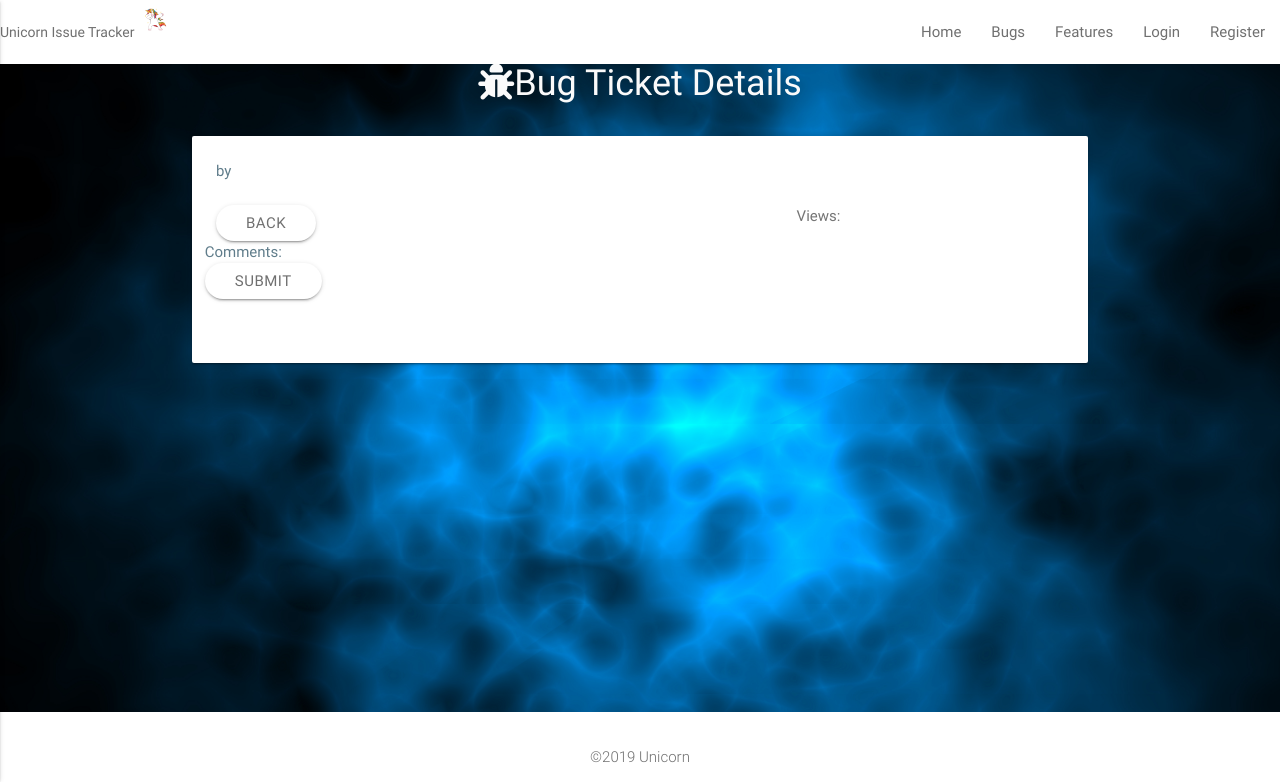
Repository: sarahg177/unicorn_attractor_not_used
Page: bugs/templates/view_bug_detail.html
The author's editor kept a record of every edit. The page is drawn from the files as they stood at one moment, then again after the next edit.
The browser window is 1280 px wide. The pictures show the whole page.
Some web libraries are served in a nearby version. The page is served by the project's application, run on Django 2.2 (manage.py). Other server files are loaded and not shown. The template is opened directly, without the code that normally fills it, so the values that code supplies are empty.

Above is the page before.

### bugs/templates/view_bug_detail.html
{% extends 'base.html' %} {% block page_title %}Bug Details{% endblock %} {% block page_heading %}<i class="fas fa-bug"></i>Bug Ticket Details{% endblock %} {% block content %}
<div class="container">
<div class="row">
    <div class="col s12">
        <div class="card white">
            <div class="card-content blue-grey-text">

                <div class="date">
                    {{ bug.created_date }} by
                    <i>{{ bug.username }}</i> {% ifequal bug.ticket_status "Todo" %}
                    <span class="badge red">Todo</span> {% endifequal %} {% ifequal bug.ticket_status "Doing" %}
                    <span class="badge yellow">Doing</span> {% endifequal %} {% ifequal bug.ticket_status "Done" %}
                    <span class="badge green">Done</span> {% endifequal %}
                </div>
                <h3>{{ bug.title }}</h3>
                <div class="row">
                    <div class="col s9">
                        <p>{{ bug.description }}</p>
                        <p><span class="badge">Views: {{ bug.views }}</span> </p>
                        <!--<p><span class="badge">Votes:</span> {{ bug.upvotes }}</p>-->
                        <a href="{% url 'bugs' %}" class="btn btn-default">Back</a>

                    </div>
                    <div class="row">
                        <div class="col s12 m9">
                            <div=class="comments">
                                <p>Comments:</p>
                                {% for comment in comments %}
                                <h3><strong>{{ comment.user }}</strong><span>commented on (( comment.date_created }}</span></h3>
                                <p>{{ comment.comment }}</p>
                        </div>
                    </div>
                </div>
                <div class="card-action">
                    {% if user.is_authenticated %}
                    <a href="#">Vote</a> {% endif %}
                </div>
            </div>
        </div>
    </div>
    {% endfor %}
    <form method="POST">
        {% csrf_token %} {{ form.as_p }}
        <button type="submit" class="btn btn-default">Submit</button>
    </form>
    </div>
    {% endblock %}

### templates/base.html
{% load static from staticfiles %}
<!DOCTYPE html>
<html lang="en">

<head>
  <meta charset="UTF-8">
  <meta name="viewport" content="width=device-width, initial-scale=1.0">
  <meta http-equiv="X-UA-Compatible" content="ie=edge">

  <!--Import Google Icon Font-->
  <link href="https://fonts.googleapis.com/icon?family=Material+Icons" rel="stylesheet">
  <!-- Font Awesome -->
  <script src="https://kit.fontawesome.com/1ee6dde756.js"></script>

  <!-- Compiled and minified CSS -->
  <link rel="stylesheet" href="https://cdnjs.cloudflare.com/ajax/libs/materialize/0.100.2/css/materialize.min.css">

  <!-- Custom CSS -->
  <link rel="stylesheet" href="{% static 'css/styles.css' %}" type="text/css" />

  <title>{% block page_title %}{% endblock %}</title>
</head>

<body>

  <nav>
    <div class="nav-wrapper">
      <a href="{% url 'home' %}" class="brand-logo">Unicorn Issue Tracker <img class="unicorn_logo" src="{% static 'images/unicorn_dab.jpeg' %}" alt="Unicorn Logo"></img></a>
      <a href="#" data-activates="mobile-demo" class="button-collapse"><i class="material-icons">menu</i></a>
      <ul class="right hide-on-med-and-down">
        <li><a href="{% url 'home' %}">Home</a></li>
        <li><a href="{% url 'bugs' %}">Bugs</a></li>
        <li><a href="#">Features</a></li>
        {% if user.is_authenticated %}
        <li><a href="#">Graphs</a></li>
        <li><a href="#">Blog</a></li>
        <li><a href="{% url 'logout' %}">Logout</a></li>
        {% else %}
        <li><a href="{% url 'login' %}">Login</a></li>
        <li><a href="{% url 'registration' %}">Register</a></li>
        {% endif %}
      </ul>
      <ul class="side-nav" id="mobile-demo">
        <li><a href="{% url 'home' %}">Home</a></li>
        <li><a href="{% url 'bugs' %}">Bugs</a></li>
        <li><a href="#">Features</a></li>
        {% if user.is_authenticated %}
        <li><a href="#">Graphs</a></li>
        <li><a href="#">Blog</a></li>
        <li><a href="{% url 'logout' %}">Logout</a></li>
        {% else %}
        <li><a href="{% url 'login' %}">Login</a></li>
        <li><a href="{% url 'registration' %}">Register</a></li>
        {% endif %}
      </ul>
    </div>
  </nav>

  <main>
    <h1 class="page_heading">{% block page_heading %}{% endblock %}</h1>
    {% if messages %}
    <div>
      {% for message in messages %} {{ message }} {% endfor %}
    </div>
    {% endif %}

    <div>
      {% block content %} {% endblock %}
    </div>
  </main>
  <footer class="page-footer">
    <div class="footer-copyright">
      <div class="container">
        &copy;2019 Unicorn
      </div>
    </div>
  </footer>
  <!-- JQuery -->
  <script type="text/javascript" src="https://cdnjs.cloudflare.com/ajax/libs/jquery/3.4.1/jquery.min.js"></script>

  <!-- Compiled and minified JavaScript -->
  <script src="https://cdnjs.cloudflare.com/ajax/libs/materialize/0.100.2/js/materialize.min.js"></script>

  <!-- JQuery -->
  <script type="text/javascript">
    $(document).ready(function() {
      $(".button-collapse").sideNav();
    })
  </script>
</body>

</html>

### unicorn_attractor/urls.py
"""unicorn_attractor URL Configuration

The `urlpatterns` list routes URLs to views. For more information please see:
    https://docs.djangoproject.com/en/1.11/topics/http/urls/
Examples:
Function views
    1. Add an import:  from my_app import views
    2. Add a URL to urlpatterns:  url(r'^$', views.home, name='home')
Class-based views
    1. Add an import:  from other_app.views import Home
    2. Add a URL to urlpatterns:  url(r'^$', Home.as_view(), name='home')
Including another URLconf
    1. Import the include() function: from django.conf.urls import url, include
    2. Add a URL to urlpatterns:  url(r'^blog/', include('blog.urls'))
"""
from django.conf.urls import url
from django.contrib import admin
from home.views import home
from bugs.views import get_bugs_list, create_a_new_bug, view_bug_details, edit_a_bug
from accounts.views import login, logout, registration

urlpatterns = [
    url(r'^admin/', admin.site.urls),
    url(r'^$', home, name="home"),
    url(r'^accounts/logout/$', logout, name="logout"),
    url(r'^accounts/login/$', login, name="login"),
    url(r'^accounts/register/$', registration, name="registration"),
    url(r'^bugs$', get_bugs_list, name="bugs"),
    url(r'^add$', create_a_new_bug, name="add"),
    url(r'^edit/(?P<id>\d+)$', edit_a_bug, name="edit_bug"),
    url(r'^(?P<pk>\d+)/$', view_bug_details, name="bug_details"),
]

### static/css/styles.css
main {
    background-image: url('../images/electric_background.jpeg');
    background-size: cover;
    height: 90vh;
    color: #fafafa;
}

.unicorn_logo {
    height: 35px;
}

nav {
    background-color: #fff;
}

nav a,
.side-nav,
nav ul a {
    color: #707070;
}

nav .brand-logo {
    font-size: 14px;
    color: #707070;
}

.page_heading {
    font-size: 36px;
    text-align: center;
    margin-top: 0;
}

/*----------------------------Index Page----------------------------*/

.intro {
    text-align: center;
}

.promise {
    font-size: 30px;
    text-align: center;
    margin-top: 100px;
}

.promise_section {
    text-align: center;
}

.btn {
    border-radius: 20px;
    color: #707070;
    background-color: #fff;
}

/*----------------------------Footer----------------------------*/

.page-footer {
    background-color: #fff;
}

.page-footer .footer-copyright {
    background-color: #fff;
    color: #707070;
    text-align: center;
}

After the next edit:
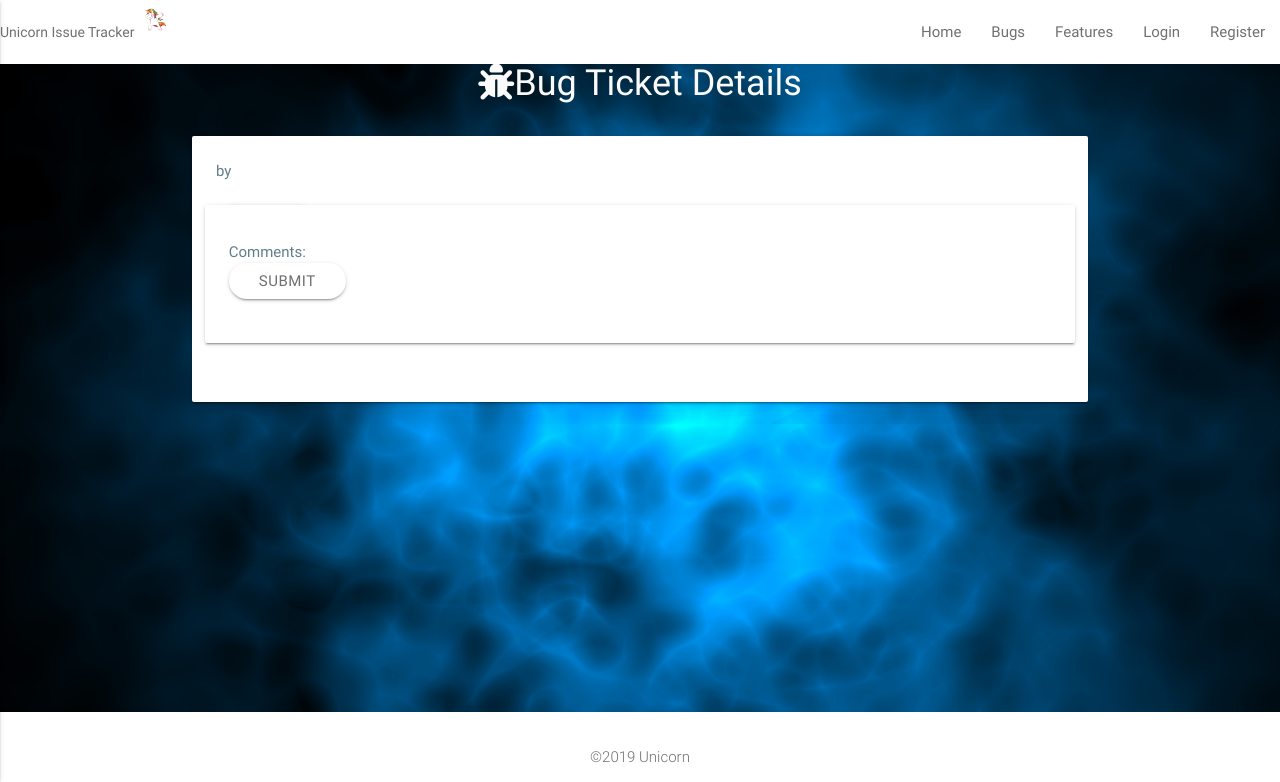
The edit:
--- a/bugs/templates/view_bug_detail.html
+++ b/bugs/templates/view_bug_detail.html
@@ -21,8 +21,10 @@
                         <a href="{% url 'bugs' %}" class="btn btn-default">Back</a>
 
                     </div>
+                    <div class="card white">
+            <div class="card-content blue-grey-text">
                     <div class="row">
-                        <div class="col s12 m9">
+                        <div class="col s12">
                             <div=class="comments">
                                 <p>Comments:</p>
                                 {% for comment in comments %}
